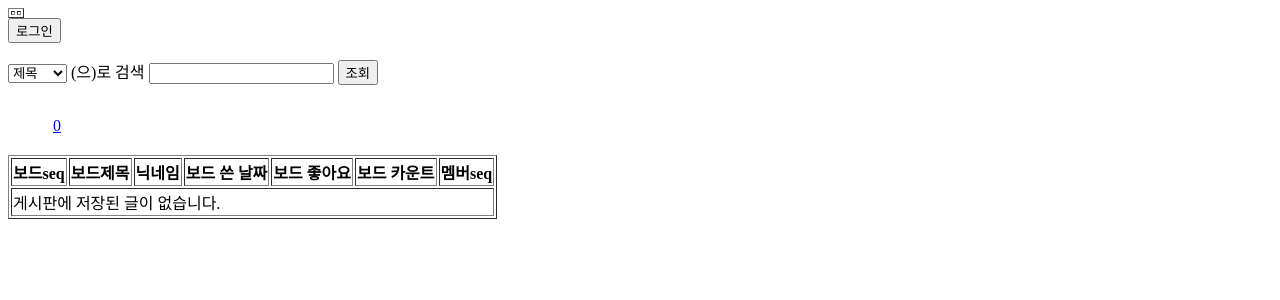
Repository: izuiw/team
Page: http://localhost/qCali/WEB-INF/views/board/list.jsp
An editor plug-in stored every save of this project. The page is shown before and after the next save, followed by the edit.
The browser window is 1280 px wide. The pictures show the whole page.
The page is served by Tomcat 9. Nobody is signed in. The template is opened directly, without the code that normally fills it, so the values that code supplies are empty.

Above is the page before, as saved 2022-04-27 08:23:13.

After the next save:
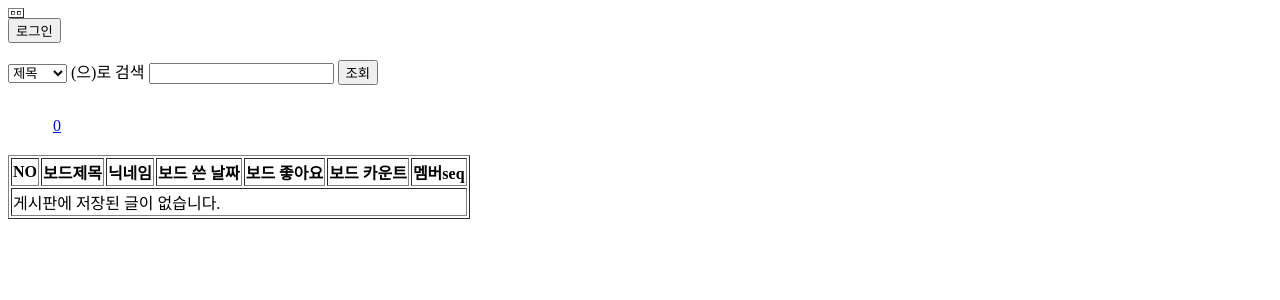
Saved 19 s later.
--- a/qCali/src/main/webapp/WEB-INF/views/board/list.jsp
+++ b/qCali/src/main/webapp/WEB-INF/views/board/list.jsp
@@ -93,7 +93,7 @@ li {
 
 	<table border="1">
 		<tr>
-			<th>보드seq</th>
+			<th>NO</th>
 			<th>보드제목</th>
 			<th>닉네임</th>
 			<th>보드 쓴 날짜</th>
